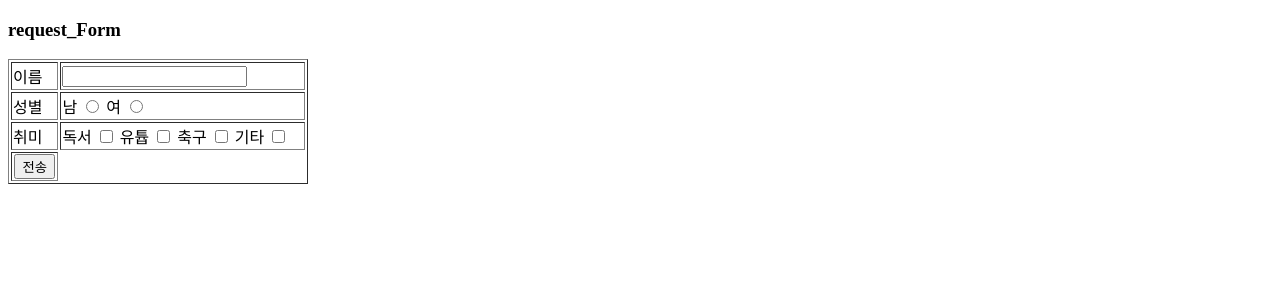
Repository: SouthSea0613/401_Unauthorized_java
Page: http://localhost/request/requestFrm.jsp
An editor plug-in stored every save of this project. The page is shown before and after the next save, followed by the edit.
The browser window is 1280 px wide. The pictures show the whole page.
The page is served by Tomcat 9.

Above is the page before, as saved 2024-12-02 03:10:24.

After the next save:
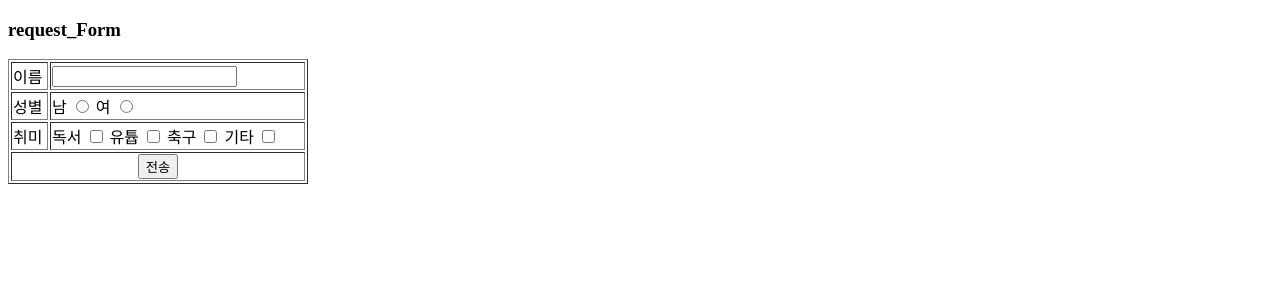
Saved 39 s later.
--- a/request/src/main/webapp/requestFrm.jsp
+++ b/request/src/main/webapp/requestFrm.jsp
@@ -26,7 +26,7 @@
 			</td>
 		</tr>
 		<tr align="center">
-			<td clospan="2"><input type="submit" value="전송"></td>
+			<td colspan="2"><input type="submit" value="전송"></td>
 		</tr>
 	</table>
 </form>
